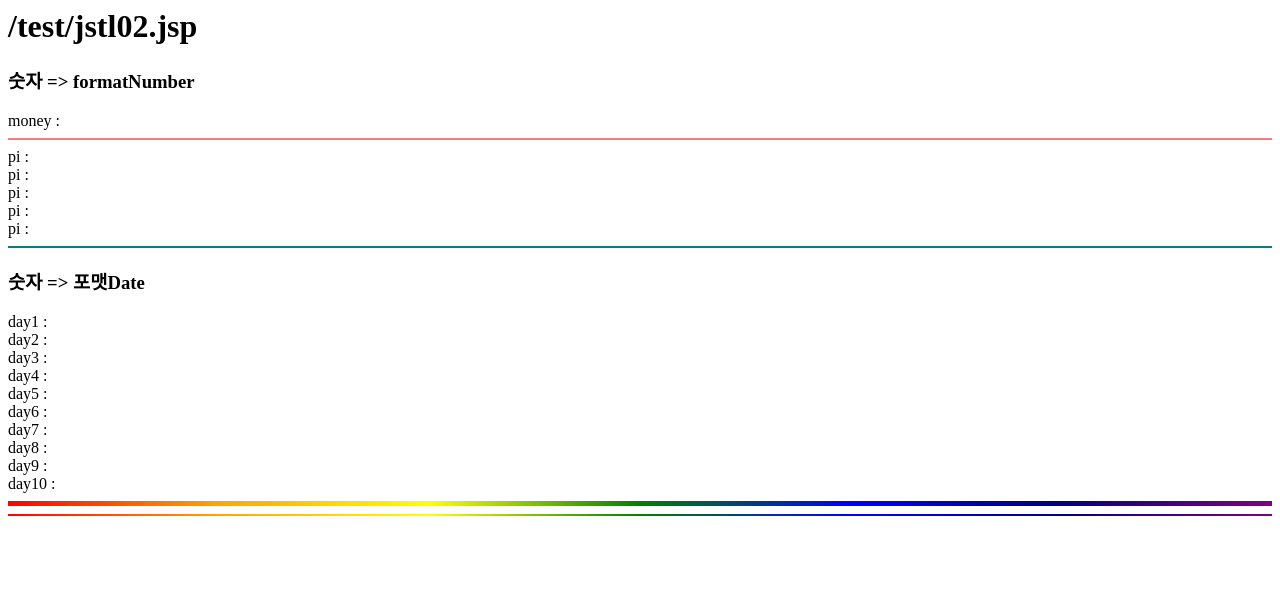
Repository: khsik/Woori-Computer-Academy
Page: http://localhost/mvc/WEB-INF/views/test/jstl02.jsp
An editor plug-in stored every save of this project. The page is shown before and after the next save, followed by the edit.
The browser window is 1280 px wide. The pictures show the whole page.
The page is served by Tomcat 9. Nobody is signed in. Other server files are loaded and not shown. The template is opened directly, without the code that normally fills it, so the values that code supplies are empty.

Above is the page before, as saved 2024-05-13 08:37:37.

### mvc/src/main/webapp/WEB-INF/views/test/jstl02.jsp
<%@ page language="java" contentType="text/html; charset=UTF-8"
    pageEncoding="UTF-8"%>
<%@ taglib prefix="fmt" uri="http://java.sun.com/jsp/jstl/fmt" %>

<h1>/test/jstl02.jsp</h1>

<h3> 숫자 => formatNumber</h3>
money : <fmt:formatNumber value="${money}" type="currency" currencySymbol="\\"/>
<hr color="lightcoral">
pi : <fmt:formatNumber value="${pi}" type="percent" /> <br>
pi : <fmt:formatNumber value="${pi}" pattern=".0000" /> <br>
pi : <fmt:formatNumber value="${pi}" pattern=".0"/> <br>
pi : <fmt:formatNumber value="${pi}" pattern="##0.000000"/> <br>
pi : <fmt:formatNumber value="${pi}" pattern="000.00000"/>
<%--
0 : 빈자리면 0 출력
# : 빈자리면 출력안함
마지막 자리 반올림해서 나오는 것으로 보임.
--%>
<hr color="teal">

<h3>숫자 => 포맷Date</h3>
day1 : <fmt:formatDate value="${day}" /> <br>
day2 : <fmt:formatDate value="${day}" type="date"/> <br>
day3 : <fmt:formatDate value="${day}" type="both"/> <br>
day4 : <fmt:formatDate value="${day }" type="time" /> <br>
day5 : <fmt:formatDate value="${day }" type="time" timeStyle="full"/> <br>
day6 : <fmt:formatDate value="${day }" type="date" dateStyle="full"/> <br>
day7 : <fmt:formatDate value="${day }" type="date" dateStyle="long"/> <br>
day8 : <fmt:formatDate value="${day }" type="date" dateStyle="medium" /> <br>
day9 : <fmt:formatDate value="${day }" type="date" dateStyle="short" /> <br>
day10 : <fmt:formatDate value="${day }" type="date" dateStyle="default" /> <br>

<hr size="7px" style="border:0; background: linear-gradient(0.25turn, red, orange, yellow, green, blue, navy, purple);">
<hr size="4px" style="border:0; background: linear-gradient(90deg, red, orange, yellow, green, blue, navy, purple);">

After the next save:
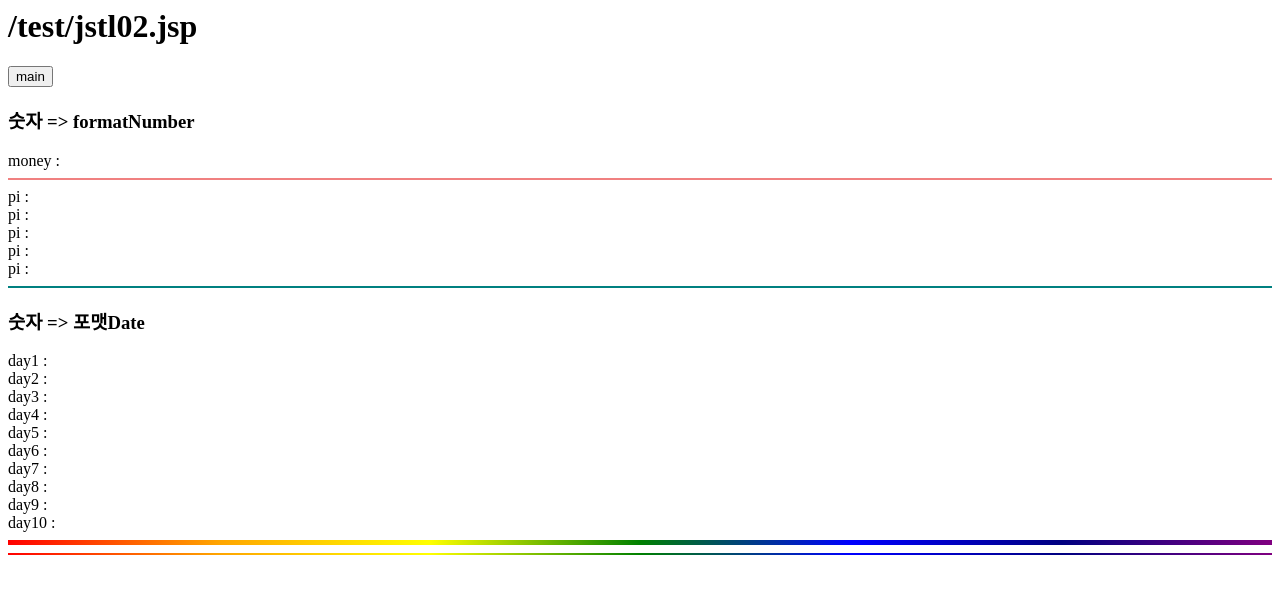
Saved 34 s later.
--- a/mvc/src/main/webapp/WEB-INF/views/test/jstl02.jsp
+++ b/mvc/src/main/webapp/WEB-INF/views/test/jstl02.jsp
@@ -3,6 +3,7 @@
 <%@ taglib prefix="fmt" uri="http://java.sun.com/jsp/jstl/fmt" %>
 
 <h1>/test/jstl02.jsp</h1>
+<button type="button" onclick="window.location='./main.do'">main</button>
 
 <h3> 숫자 => formatNumber</h3>
 money : <fmt:formatNumber value="${money}" type="currency" currencySymbol="\\"/>
